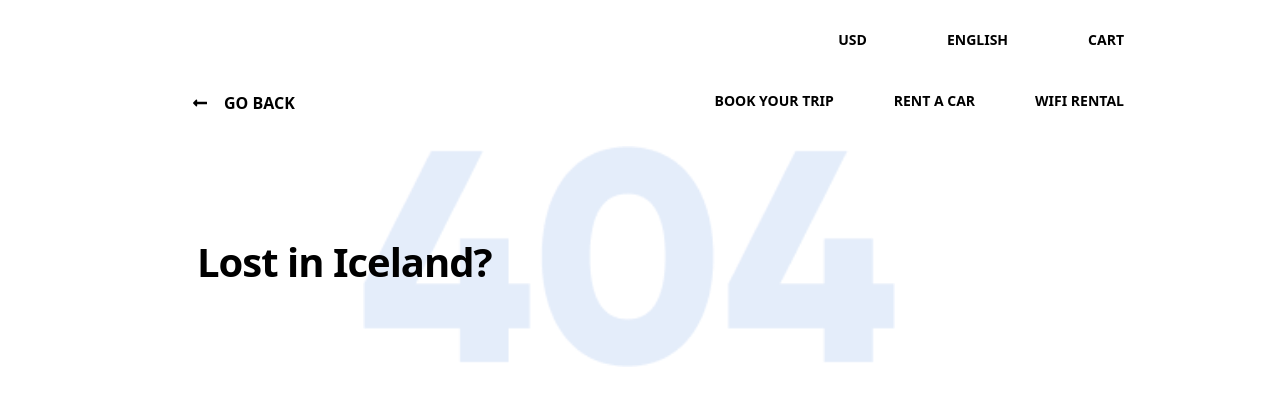
Repository: uh-sman/Iceland
Page: /
The author's editor kept a copy of each file at every save. The page is drawn from the files as they stood at one save, then again after the next save.
The browser window is 1280 px wide. The pictures show the whole page.
The project was rebuilt for these pictures with package versions that can differ from the ones it lists, and the page was loaded fresh each time.

Above is the page before, as saved 2022-09-08 22:04:26.

After the next save:
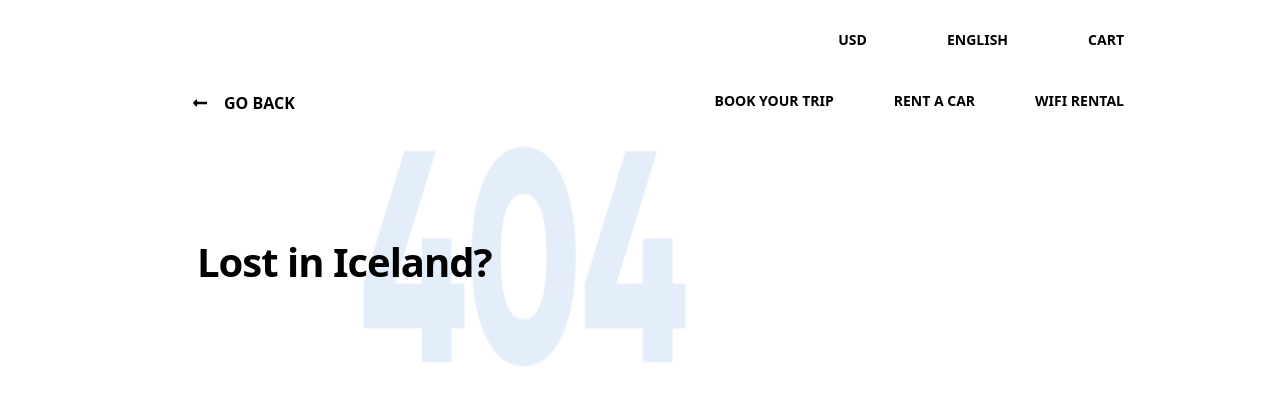
Saved 61 s later.
--- a/src/components/Hero.js
+++ b/src/components/Hero.js
@@ -6,7 +6,7 @@ export const Hero = () => {
       <div className="container">
         <img
           src={four}
-          className="absolute left-[363px] top-[146px] h-[221px] "
+          className="absolute left-[363px] top-[146px] h-[221px] w-[323px]"
         />
       </div>
       <div className="container inset-3">
